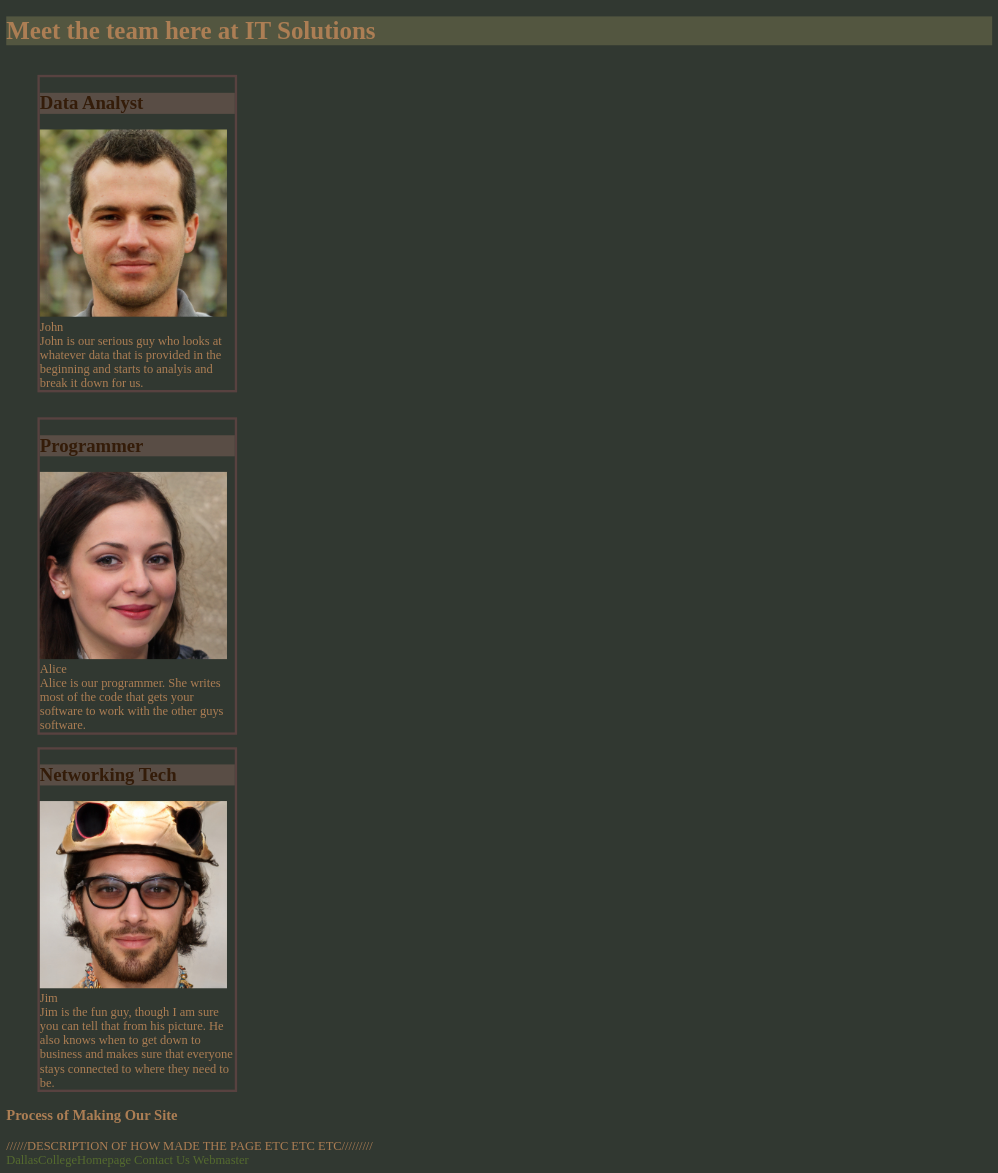
Repository: nsisk1/web-page-project
Page: team.html
The author's editor kept a copy of each file at every save. The page is drawn from the files as they stood at one save, then again after a run of saves.
The browser window is 1280 px wide. The pictures show the whole page, at 78% of full size.

Above is the page before, as saved 2024-07-29 03:15:36.

After the next 2 saves:
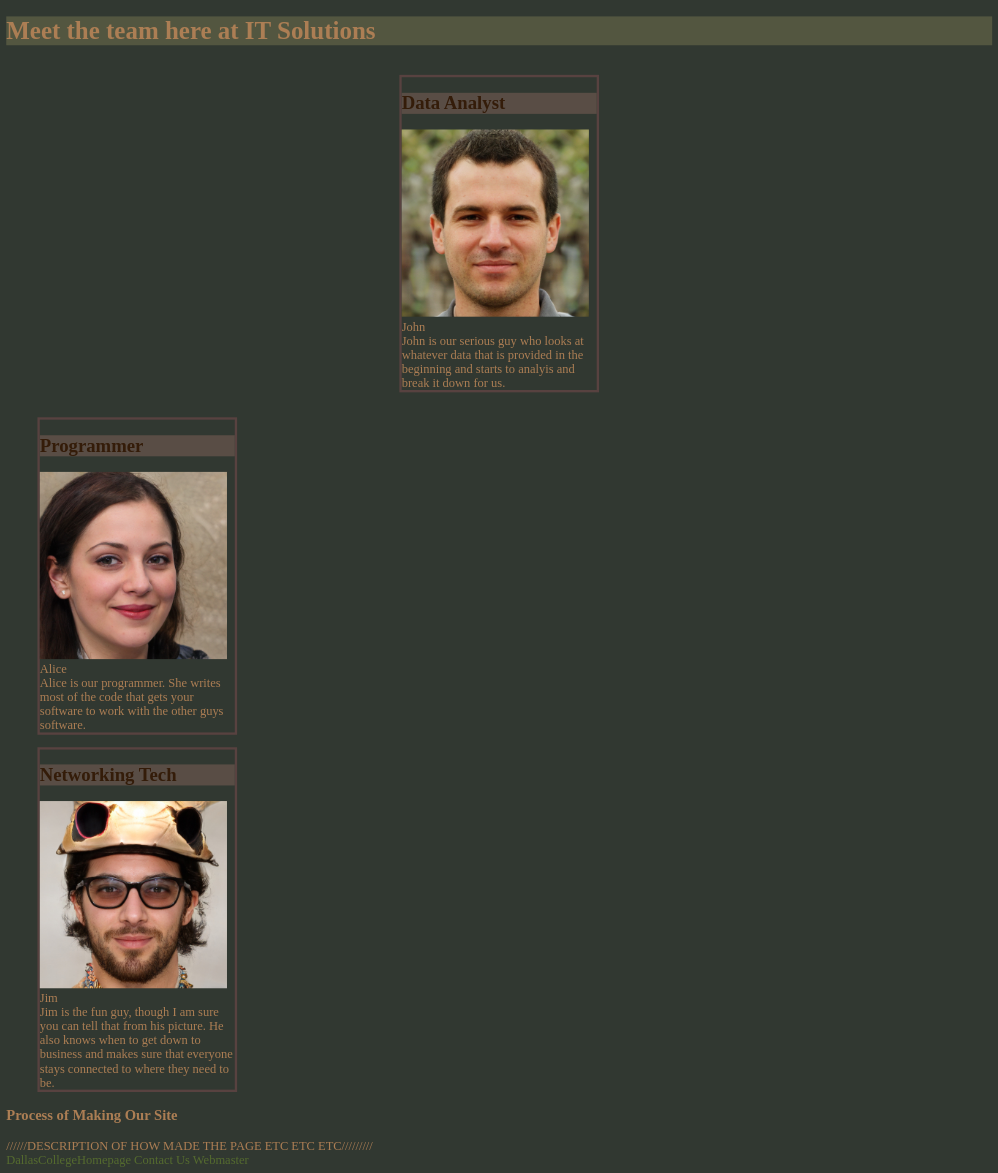
The 2 saves are shown as one change because they came seconds apart.
The last was saved 27 s later.
--- a/css/layout.css
+++ b/css/layout.css
@@ -50,7 +50,7 @@ article:nth-child(even)>figure {
 .row {
     display: flex;
     flex-direction: row;
-    justify-content: flex-start;
+    justify-content: center;
 }
 
 .column {
